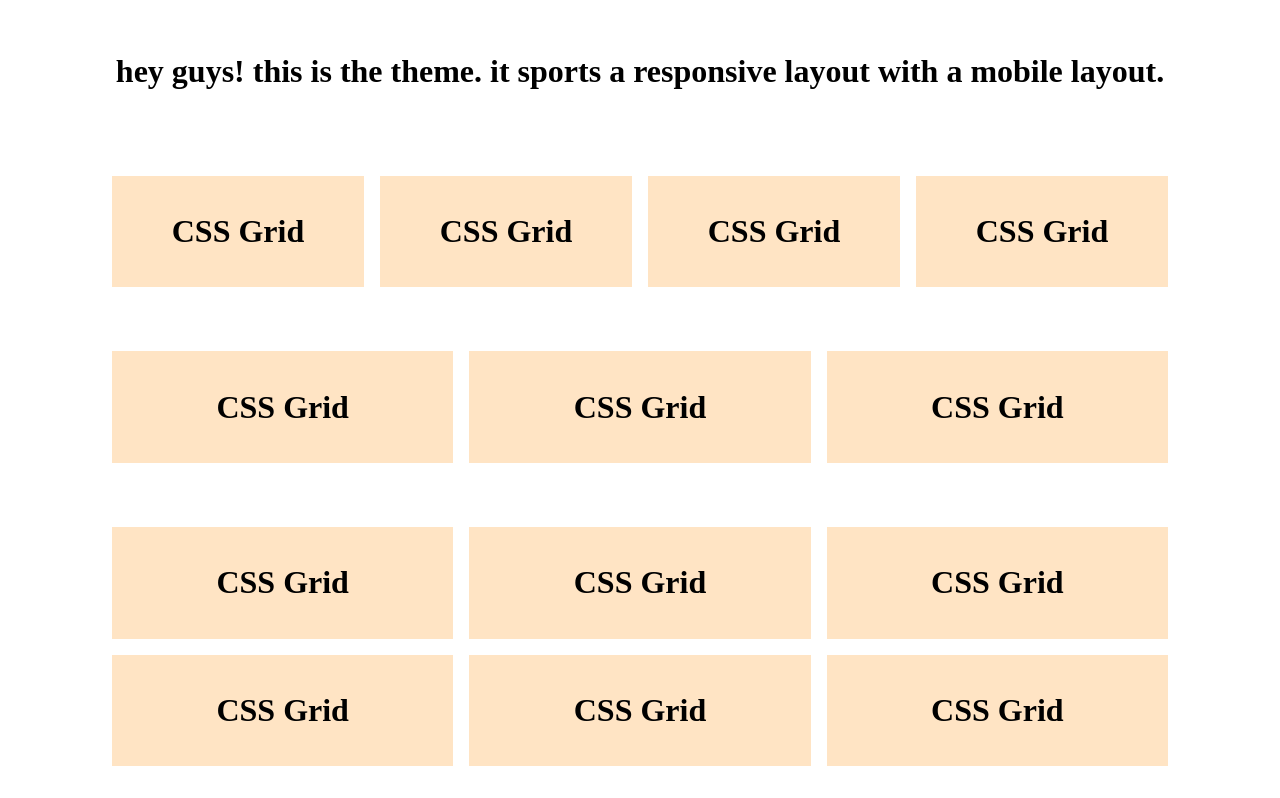
Repository: jjennbui/MDIA2003G-Assignment03B
Page: index.html
An editor plug-in stored every save of this project. The page is shown before and after a run of saves, followed by the edit.
The browser window is 1280 px wide. The pictures show the whole page.

Above is the page before, as saved 2023-01-24 20:24:12.

After the next 2 saves:
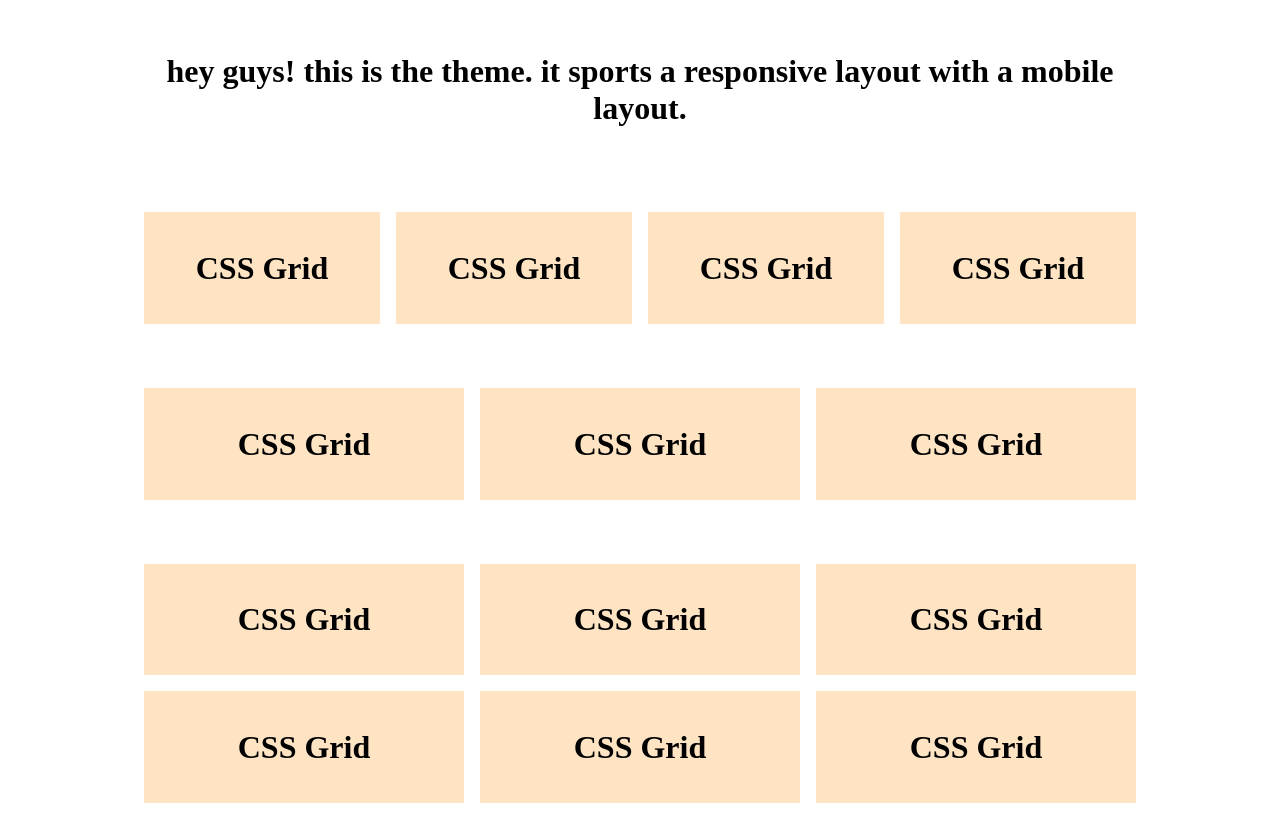
The 2 saves are shown as one change because they came seconds apart.
The last was saved 18 s later.
--- a/css/main.css
+++ b/css/main.css
@@ -56,8 +56,8 @@ header {
 }
 
 .row{
-  margin-left: 5rem;
-  margin-right: 5rem;
+  margin-left: 7rem;
+  margin-right: 7rem;
 
   column-gap: 1rem;
   row-gap: 1rem;
